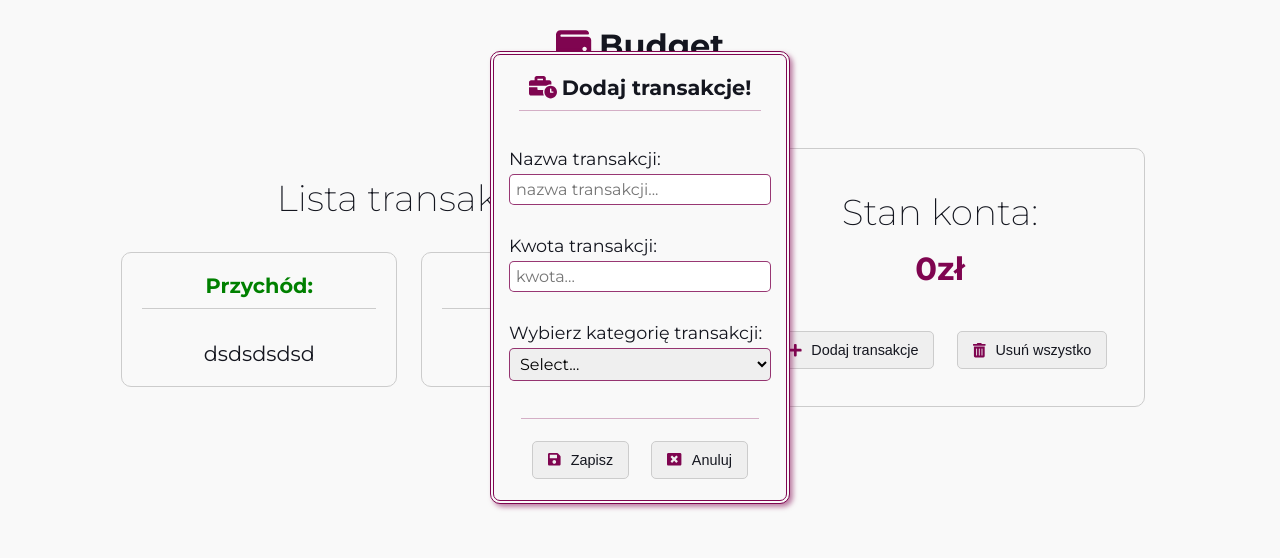
Repository: KrzysKolo/sr_tydzien4_zad4
Page: /, after clicking the first element matching `button.sc-dLMFU`
The author's editor kept a copy of each file at every save. The page is drawn from the files as they stood at one save, then again after the next save.
The browser window is 1280 px wide. The pictures show the whole page.
Some web libraries are served in a nearby version. The project was rebuilt for these pictures with package versions that can differ from the ones it lists, and the page was loaded fresh each time. Also part of the build but not shown: src/components/budgetComponents/formComponents/ErrorMessage.js.

Above is the page before, as saved 2020-12-03 19:35:31.

After the next save:
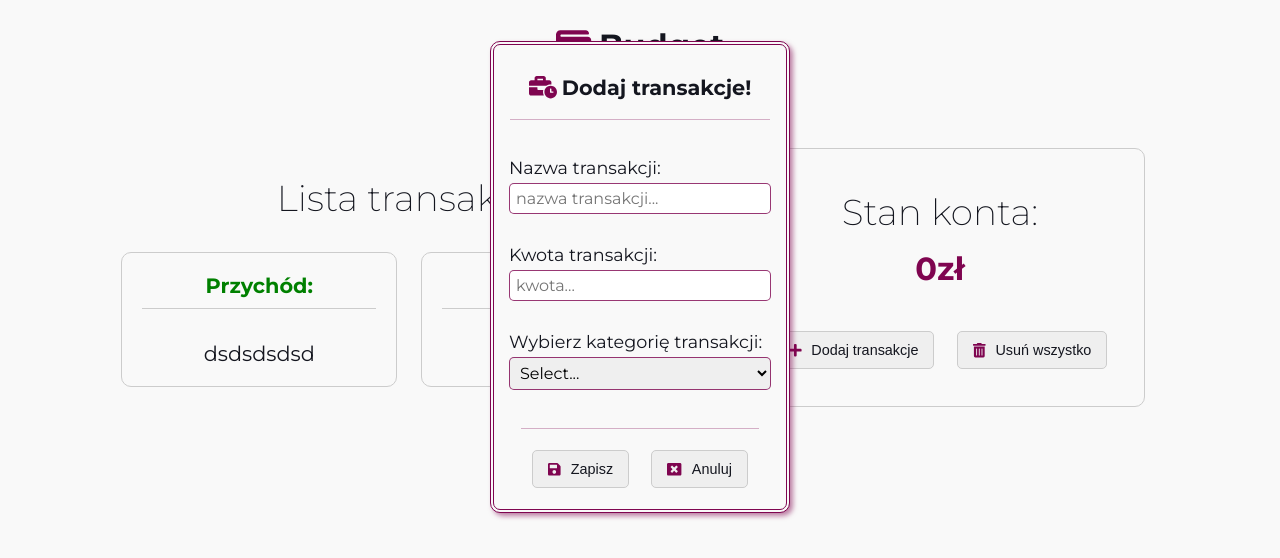
Saved 99 s later.
--- a/src/components/budgetComponents/formComponents/Header.js
+++ b/src/components/budgetComponents/formComponents/Header.js
@@ -9,7 +9,7 @@ const TitleH1 = styled.h1`
     justify-content: center;
     align-items: center;
     font-size: 1.4rem;
-    padding: 10px;
+    padding: 1.2rem;
     text-align: center;
     margin-bottom: 1.4rem;
 `;
